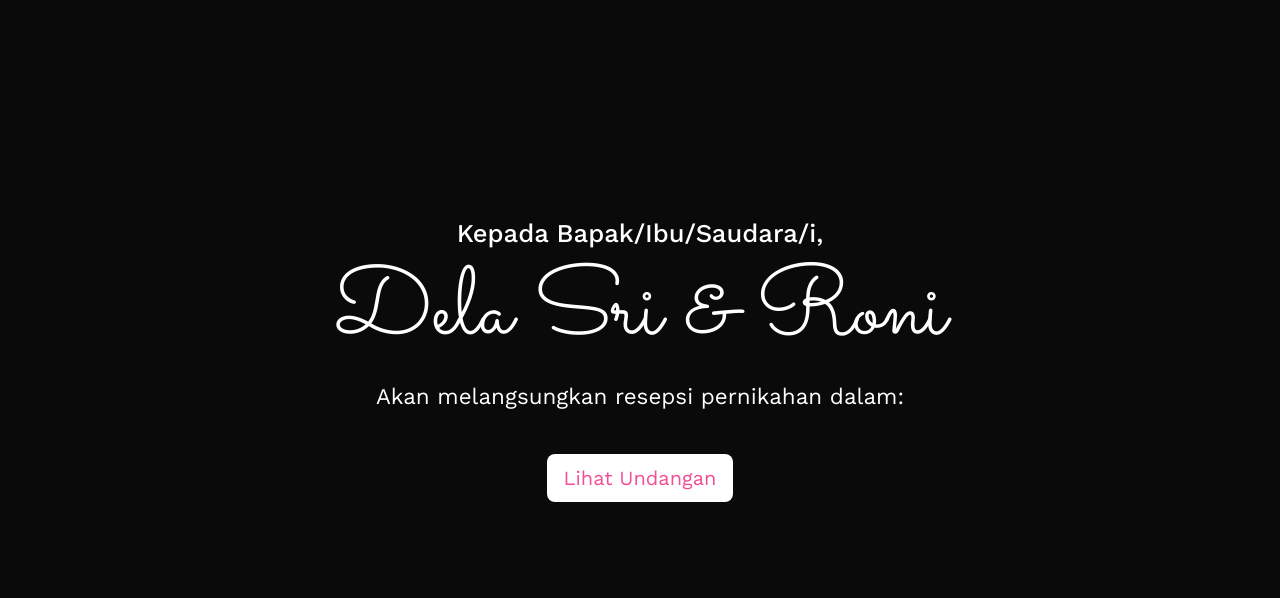
Repository: sellayspy/invitation
Page: index.html
The author's editor kept a copy of each file at every save. The page is drawn from the files as they stood at one save, then again after the next save.
The browser window is 1280 px wide. The pictures show the whole page.

Above is the page before, as saved 2024-07-08 14:50:28.
Console error: ReferenceError: simpleCountdown is not defined

### index.html
<!DOCTYPE html>
<html lang="en">
  <head>
    <meta charset="utf-8" />
    <meta name="viewport" content="width=device-width, initial-scale=1" />
    <title>Dela & Roni</title>
    <link
      href="https://cdn.jsdelivr.net/npm/bootstrap@5.3.3/dist/css/bootstrap.min.css"
      rel="stylesheet"
      integrity="sha384-QWTKZyjpPEjISv5WaRU9OFeRpok6YctnYmDr5pNlyT2bRjXh0JMhjY6hW+ALEwIH"
      crossorigin="anonymous"
    />
    <link rel="preconnect" href="https://fonts.googleapis.com" />
    <link rel="preconnect" href="https://fonts.gstatic.com" crossorigin />
    <link
      href="https://fonts.googleapis.com/css2?family=Sacramento&family=Work+Sans:ital,wght@0,100..900;1,100..900&display=swap"
      rel="stylesheet"
    />

    <!--Simple Coutdown-->
    <link rel="stylesheet" href="coutdown/simplyCountdown.theme.default.css" />
    <script src="coutdown/simplyCountdown.min.js"></script>

    <link rel="stylesheet" href="style.css" />
  </head>
  <body>
    <section
      id="hero"
      class="hero w-100 h-100 p-3 mx-auto text-center d-flex justify-content-center align-items-center text-white"
    >
      <main>
        <h4>Kepada Bapak/Ibu/Saudara/i,</h4>
        <h1>Dela Sri & Roni</h1>
        <p>Akan melangsungkan resepsi pernikahan dalam:</p>
        <div class="coutdown"></div>
        <a href="#undangan" class="btn btn-lg mt-4">Lihat Undangan</a>
      </main>
    </section>
    <script
      src="https://cdn.jsdelivr.net/npm/bootstrap@5.3.3/dist/js/bootstrap.bundle.min.js"
      integrity="sha384-YvpcrYf0tY3lHB60NNkmXc5s9fDVZLESaAA55NDzOxhy9GkcIdslK1eN7N6jIeHz"
      crossorigin="anonymous"
    ></script>

    <script>
      simpleCountdown(".coutdown", {
        year: 2024, // required
        month: 10, // required
        day: 4, // required
        hours: 8, // Default is 0 [0-23] integer
        words: {
          //words displayed into the countdown
          days: { singular: "hari", plural: "hari" },
          hours: { singular: "jam", plural: "jam" },
          minutes: { singular: "menit", plural: "menite" },
          seconds: { singular: "detik", plural: "detik" },
        },
        plural: true, //use plurals
        inline: false, //set to true to get an inline basic countdown like : 24 days, 4 hours, 2 minutes, 5 seconds
        inlineClass: "simply-countdown-inline", //inline css span class in case of inline = true
        // in case of inline set to false
        enableUtc: false,
        onEnd: function () {
          // your code
          return;
        },
        refresh: 1000, //default refresh every 1s
        sectionClass: "simply-section", //section css class
        amountClass: "simply-amount", // amount css class
        wordClass: "simply-word", // word css class
        zeroPad: false,
        countUp: false, // enable count up if set to true
      });
    </script>
  </body>
</html>

### style.css
:root {
  --pink: #f14e95;

  --bg: #0a0a0a;

  --shadow: 0 2px 2px rgb(0, 0, 0/ 0.5);
}

body {
  font-size: 1.2rem;
  font-family: "Work Sans", sans-serif;
}

.hero {
  min-height: 100vh;

  background-color: var(--bg);
}

.hero h1 {
  font-family: "Sacramento", cursive;
  font-size: 6rem;
}

.hero h4 {
  font-size: 1.6rem;
}

.hero p {
  font-size: 1.4rem;
}

.hero a {
  color: var(--pink);

  background-color: white;
}

.hero a:hover {
  background-color: var(--pink);
  color: white;
}

Loaded but not shown: coutdown/simplyCountdown.theme.default.css (common file); coutdown/simplyCountdown.min.js (library)

After the next save:
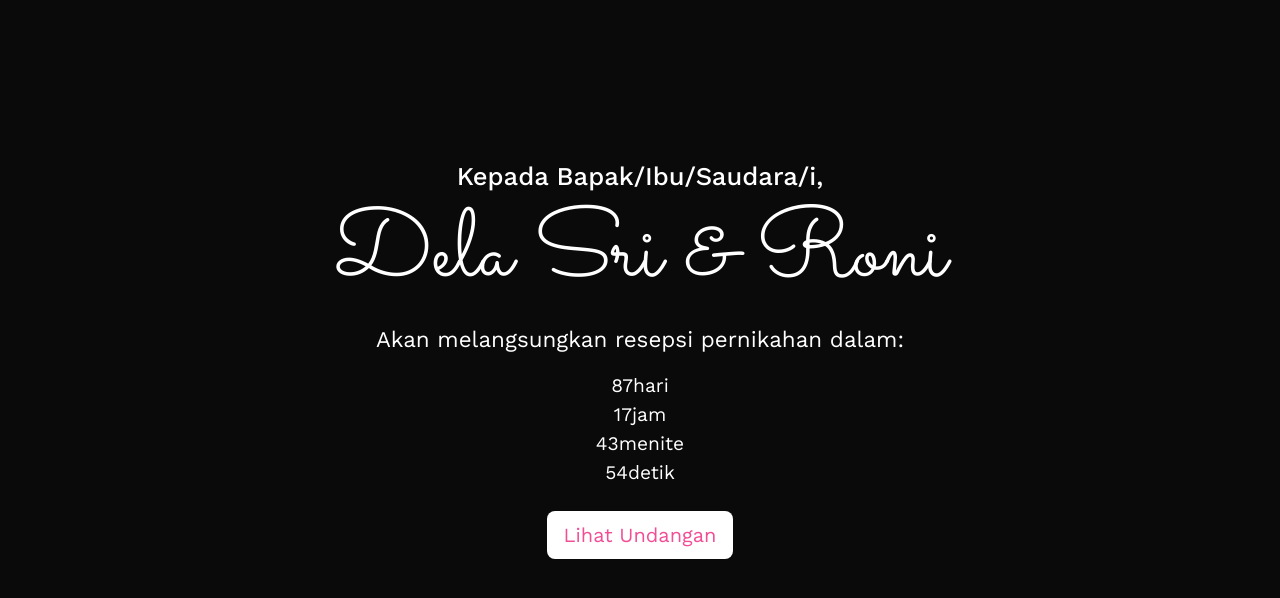
The error is gone.
Saved 107 s later.
--- a/index.html
+++ b/index.html
@@ -43,7 +43,7 @@
     ></script>
 
     <script>
-      simpleCountdown(".coutdown", {
+      simplyCountdown(".coutdown", {
         year: 2024, // required
         month: 10, // required
         day: 4, // required
